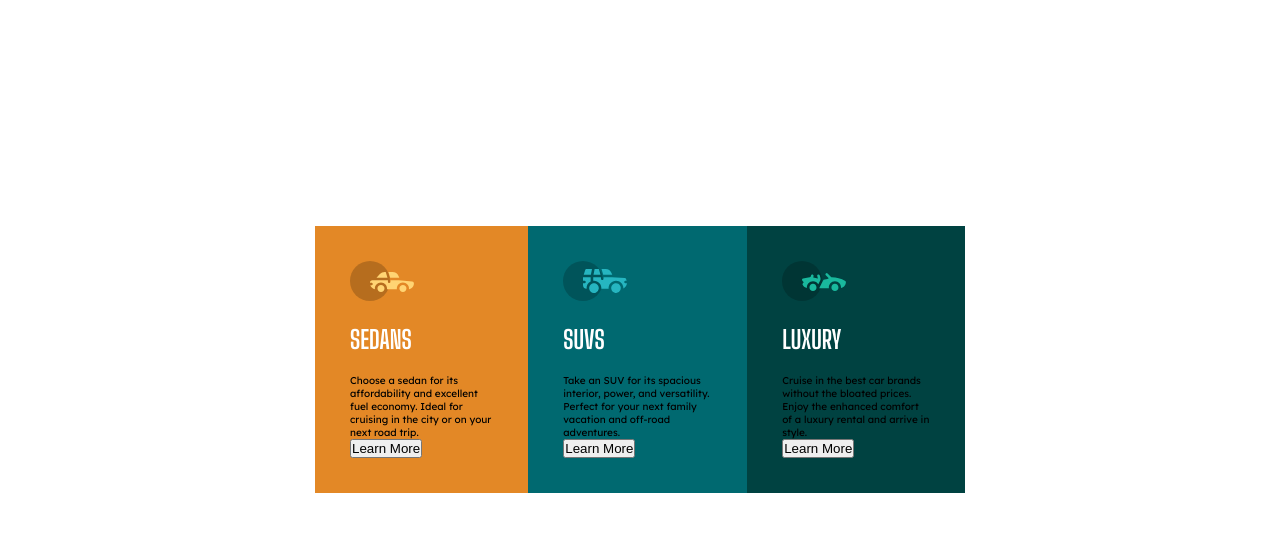
Repository: thaibaocoder1/3-column-card
Page: index.html
The author's editor kept a copy of each file at every save. The page is drawn from the files as they stood at one save, then again after the next save.
The browser window is 1280 px wide. The pictures show the whole page.

Above is the page before, as saved 2023-01-11 20:56:43.

### index.html
<!DOCTYPE html>
<html lang="en">
<head>
  <meta charset="UTF-8">
  <meta name="viewport" content="width=device-width, initial-scale=1.0">
  <link rel="icon" type="image/png" sizes="32x32" href="./images/favicon-32x32.png">
  <title>Frontend Mentor | 3-column preview card component</title>
  <link rel="preconnect" href="https://fonts.googleapis.com">
  <link rel="preconnect" href="https://fonts.gstatic.com" crossorigin>
  <link href="https://fonts.googleapis.com/css2?family=Big+Shoulders+Display:wght@700&family=Lexend+Deca&display=swap" rel="stylesheet">
  <link rel="stylesheet" href="./styles.css">
</head>
<body>

  <main class="container">
    <div class="container__box container__box--one">
      <img src="./images/icon-sedans.svg" alt="" class="container--image">
      <h1 class="container--heading">Sedans</h1>
      <p class="container--content">
        Choose a sedan for its affordability and excellent fuel economy. Ideal for cruising in the city
        or on your next road trip.
      </p>
      <button class="container--btn">Learn More</button>
    </div>

    <div class="container__box container__box--two">
      <img src="./images/icon-suvs.svg" alt="" class="container--image">
      <h1 class="container--heading">Suvs</h1>
      <p class="container--content">
        Take an SUV for its spacious interior, power, and versatility. Perfect for your next family vacation
        and off-road adventures.
      </p>
      <button class="container--btn">Learn More</button>
    </div>

    <div class="container__box container__box--three">
      <img src="./images/icon-luxury.svg" alt="" class="container--image">
      <h1 class="container--heading">Luxury</h1>
      <p class="container--content">
        Cruise in the best car brands without the bloated prices. Enjoy the enhanced comfort of a luxury
        rental and arrive in style.
      </p>
      <button class="container--btn">Learn More</button>
    </div>
  </main>


</body>
</html>

### styles.css
* {
    margin: 0;
    padding: 0;
    box-sizing: border-box;
}
html {
    font-size: 62.5%;
}
body {
    text-rendering: optimizeLegibility;
    scroll-behavior: smooth;
    font-family: 'Big Shoulders Display', cursive;
    font-family: 'Lexend Deca', sans-serif;
    display: flex;
    align-items: center;
    justify-content: center;
    min-height: calc(100vh - 1px);
}
:root {
    --bright-orange: hsl(31, 77%, 52%);
    --dark-cyan: hsl(184, 100%, 22%);
    --very-dark-cyan: hsl(179, 100%, 13%);
    --white-p:  hsla(0, 0%, 100%, 0.75);
    --light-gray: hsl(0, 0%, 95%);
}
.container {
    max-width: 65rem;
    margin: 0 auto;
    background-color: var(--light-gray);
    display: flex;
    align-items: stretch;
    justify-content: center;
}
.container .container__box--one {
    background-color: var(--bright-orange);
}
.container .container__box--two {
    background-color: var(--dark-cyan);
}
.container .container__box--three {
    background-color: var(--very-dark-cyan);
}
.container .container__box {
    padding: 3.5rem;
}
.container__box .container--heading {
    color: #fff;
    font-family: 'Big Shoulders Display', cursive;
    text-transform: uppercase;
    font-size: 2.5rem;
    margin: 2rem 0;
}

After the next save:
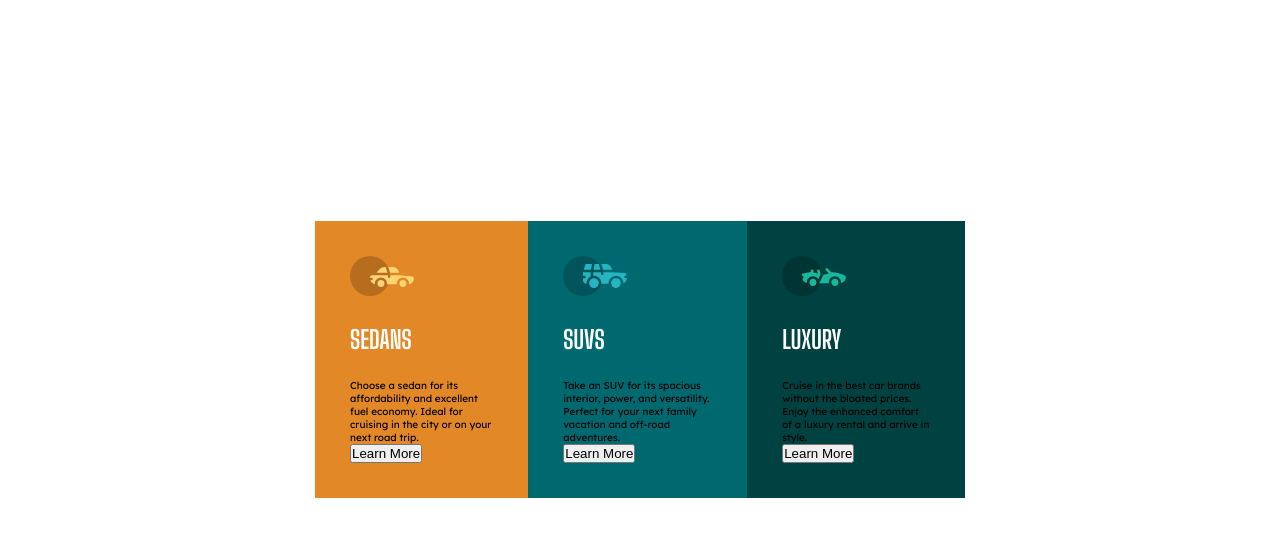
Saved 10 s later.
--- a/styles.css
+++ b/styles.css
@@ -48,5 +48,5 @@ body {
     font-family: 'Big Shoulders Display', cursive;
     text-transform: uppercase;
     font-size: 2.5rem;
-    margin: 2rem 0;
+    margin: 2.5rem 0;
 }
